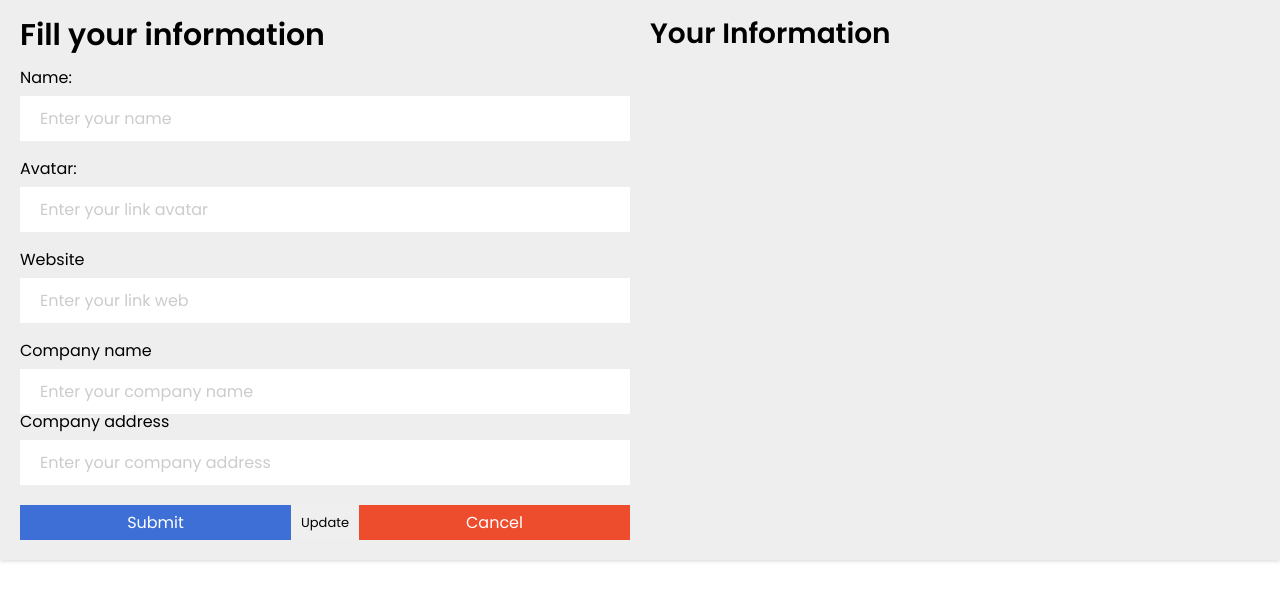
Repository: nttthao9/management
Page: index.html
An editor plug-in stored every save of this project. The page is shown before and after the next save, followed by the edit.
The browser window is 1280 px wide. The pictures show the whole page.
The page's requests for data from a server got no answer. Some web libraries are served in a nearby version.

Above is the page before, as saved 2021-10-14 15:31:21.

After the next save:
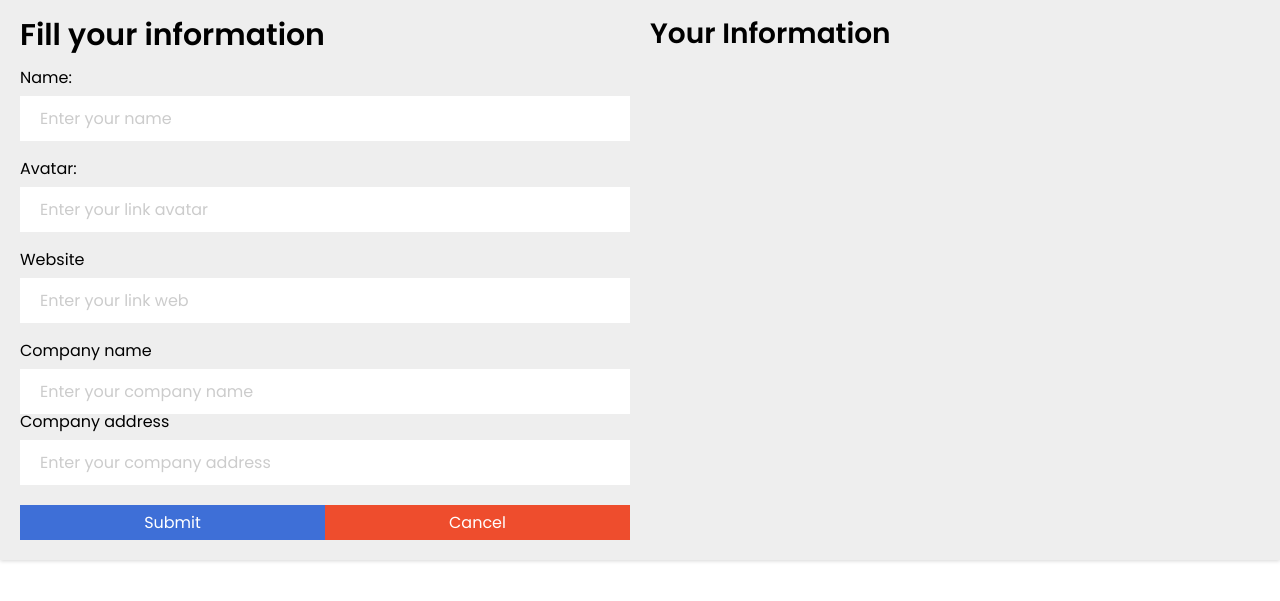
Saved 36 s later.
--- a/style.css
+++ b/style.css
@@ -154,3 +154,6 @@ input::placeholder {
 .btn-delete {
   background-color: #d62037;
 }
+.update {
+  display: none;
+}
